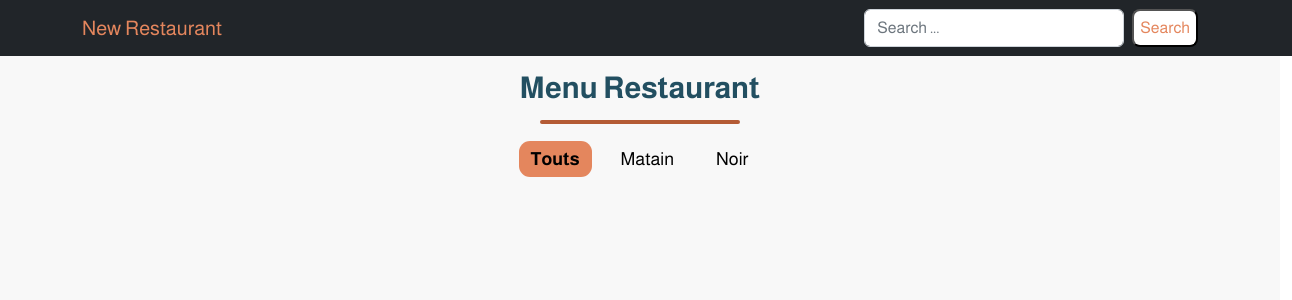
Repository: SD-Mdouka/react-table
Page: /
The author's editor kept a copy of each file at every save. The page is drawn from the files as they stood at one save, then again after the next save.
The browser window is 1280 px wide. The page is 1292 px wide, so the pictures cover 1292 px, including what lies to the right of the window. The pictures show the whole page.
The pointer rests on the first visible `.btn`.
The project was rebuilt for these pictures with package versions that can differ from the ones it lists, and the page was loaded fresh each time.

Above is the page before, as saved 2022-10-06 16:23:22.

### public/index.html
<!DOCTYPE html>
<html lang="en">

<head>
    <meta charset="utf-8" />
    <link rel="icon" href="%PUBLIC_URL%/favicon.ico" />
    <meta name="viewport" content="width=device-width, initial-scale=1" />
    <meta name="theme-color" content="#000000" />
    <meta name="description" content="Web site created using create-react-app" />
    <link rel="apple-touch-icon" href="%PUBLIC_URL%/logo192.png" />
    <!--
      manifest.json provides metadata used when your web app is installed on a
      user's mobile device or desktop. See https://developers.google.com/web/fundamentals/web-app-manifest/
    -->
    <link rel="manifest" href="%PUBLIC_URL%/manifest.json" />
    <link rel="preconnect" href="https://fonts.googleapis.com" />
    <link rel="preconnect" href="https://fonts.gstatic.com" crossorigin />
    <link href="https://fonts.googleapis.com/css2?family=Almarai:wght@300;400;700;800&family=Cairo:wght@300&display=swap" rel="stylesheet" />

    <link rel="stylesheet" href="https://cdn.jsdelivr.net/npm/bootstrap@5.2.0-beta1/dist/css/bootstrap.min.css" integrity="sha384-0evHe/X+R7YkIZDRvuzKMRqM+OrBnVFBL6DOitfPri4tjfHxaWutUpFmBp4vmVor" crossorigin="anonymous" />
    <title>React App</title>
</head>

<body>
    <noscript>You need to enable JavaScript to run this app.</noscript>
    <div id="root"></div>
    <!--
      This HTML file is a template.
      If you open it directly in the browser, you will see an empty page.

      You can add webfonts, meta tags, or analytics to this file.
      The build step will place the bundled scripts into the <body> tag.

      To begin the development, run `npm start` or `yarn start`.
      To create a production bundle, use `npm run build` or `yarn build`.
    -->
</body>

</html>

### src/App.tsx
import React from "react";
import { Container } from "react-bootstrap";
import "./App.css";
import NavBar from "./components/Navbar";
import Header from "./components/Header";
import Category from "./components/Category";

const App = () => {
  return (
    <div className="color-body font">
      <NavBar />
      <Container>
        <Header />
        <Category />
      </Container>
    </div>
  );
};

export default App;

### src/App.css
.color-body {
    background-color: #f8f8f8;
    height: 100vh;
}

.font {
    font-family: "Almarai", sans-serif;
}

.title {
    color: #224f61;
    font-family: Almarai;
    font-size: 30px;
    font-weight: bold;
    letter-spacing: 0;
    line-height: 64px;
}

.underline {
    height: 1px;
    width: 200px;
    border-radius: 10px;
    border: 2px solid #b45b35;
    background-color: #e4865d;
}

.btn {
    color: black;
    font-family: Almarai;
    font-size: 18px;
    letter-spacing: 0;
    line-height: 24px;
}

.btn:hover {
    color: black;
    font-family: Almarai;
    font-size: 18px;
    font-weight: bold;
    letter-spacing: 0;
    line-height: 24px;
    border-radius: 11px;
    border: none;
    background: #e4865d !important;
}

.img-item {
    height: 180px;
    width: 252px;
    border-radius: 5px;
}

.item-description {
    color: #8c8c8c;
    font-family: Almarai;
    font-size: 16px;
    letter-spacing: 0;
    line-height: 20px;
}

.item-title {
    color: #555555;
    font-family: Almarai;
    font-size: 16px;
    font-weight: bold;
    letter-spacing: 0;
    line-height: 20px;
}

.card-color {
    background-color: #f8f8f8;
}

.item-price {
    color: #e4865d;
    font-family: Almarai;
    font-size: 16px;
    font-weight: bold;
    letter-spacing: 0;
    line-height: 20px;
}

.btn-search {
    color: #e4865d;
    border-radius: 3px solid #e4865d;
    border-radius: 8px;
    background-color: white;
    -webkit-border-radius: 3px solid #e4865d;
    -moz-border-radius: 3px solid #e4865d;
    -ms-border-radius: 3px solid #e4865d;
    -o-border-radius: 3px solid #e4865d;
}

.btn-search:hover {
    color: white;
    border-radius: 3px solid white;
    background-color: #e4865d;
    border-radius: 8px;
    -webkit-border-radius: 3px solid white;
    -moz-border-radius: 3px solid white;
    -ms-border-radius: 3px solid white;
    -o-border-radius: 3px solid white;
}

.brand-color {
    color: #e4865d;
}

### src/components/Navbar.tsx
import React from "react";
import { Container, Navbar, Row, Nav, Form } from "react-bootstrap";

const NavBar = () => {
  return (
    <Row>
      <Navbar bg="dark" variant="dark">
        <Container>
          <Navbar.Brand href="#">
            <div className="brand-color">New Restaurant</div>
          </Navbar.Brand>
          <Navbar.Toggle aria-controls="navbarScroll" />
          <Navbar.Collapse id="navbarScroll">
            <Nav
              className="me-auto my-2 my-lg-0"
              style={{ maxHeight: "100px" }}
              navbarScroll
            ></Nav>
            <Form className="d-flex">
              <Form.Control
                type="text"
                placeholder="Search ..."
                className="mx-2"
              />
              <button className="btn-search">Search</button>
            </Form>
          </Navbar.Collapse>
        </Container>
      </Navbar>
    </Row>
  );
};

export default NavBar;

### src/components/Header.tsx
import React from "react";
import { Row, Col } from "react-bootstrap";

const Header = () => {
  return (
    <Row>
      <Col sm="12" className="justify-content-center text-center">
        <div className="title">Menu Restaurant</div>
        <div className="justify-content-center d-flex">
          <p className="underline"></p>
        </div>
      </Col>
    </Row>
  );
};

export default Header;

### src/components/Category.tsx
import React from "react";
import { Row, Col } from "react-bootstrap";

const Category = () => {
  return (
    <Row>
      <Col sm="12" className="d-flex justify-content-center">
        <div>
          <button className="btn mx-2">Touts</button>
          <button className="btn mx-2">Matain</button>
          <button className="btn mx-2">Noir</button>
        </div>
      </Col>
    </Row>
  );
};

export default Category;

Loaded but not shown: src/index.tsx (common file); src/index.css (common file); src/reportWebVitals.ts (common file); public/manifest.json (common file)

After the next save:
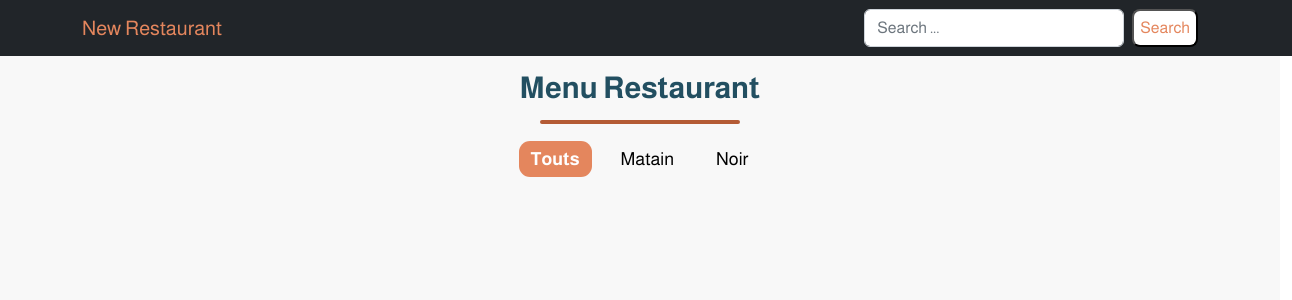
Saved 42 s later.
--- a/src/App.css
+++ b/src/App.css
@@ -33,15 +33,19 @@
 }
 
 .btn:hover {
-    color: black;
-    font-family: Almarai;
-    font-size: 18px;
-    font-weight: bold;
-    letter-spacing: 0;
-    line-height: 24px;
-    border-radius: 11px;
-    border: none;
+    color: #fff !important;
+    font-family: Almarai !important;
+    font-size: 18px !important;
+    font-weight: bold !important;
+    letter-spacing: 0 !important;
+    line-height: 24px !important;
+    border-radius: 11px !important;
+    border: none !important;
     background: #e4865d !important;
+    -webkit-border-radius: 11px !important;
+    -moz-border-radius: 11px !important;
+    -ms-border-radius: 11px !important;
+    -o-border-radius: 11px !important;
 }
 
 .img-item {
